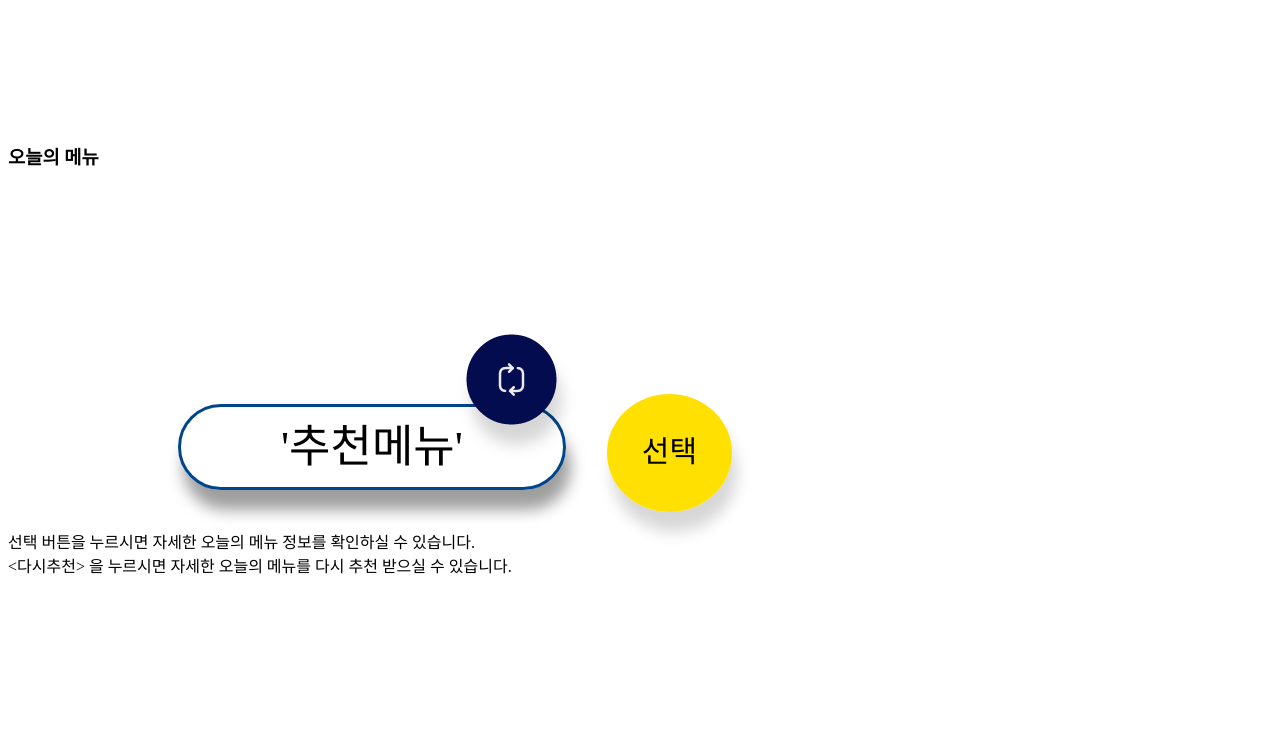
Repository: hkh00700/JustDoEat_Web
Page: http://localhost/justdoeat/WEB-INF/views/home.jsp
The author's editor kept a copy of each file at every save. The page is drawn from the files as they stood at one save, then again after the next save.
The browser window is 1280 px wide. The pictures show the whole page.
The page is served by Tomcat 9. Nobody is signed in. The template is opened directly, without the code that normally fills it, so the values that code supplies are empty.

Above is the page before, as saved 2021-05-18 03:07:44.

After the next save:
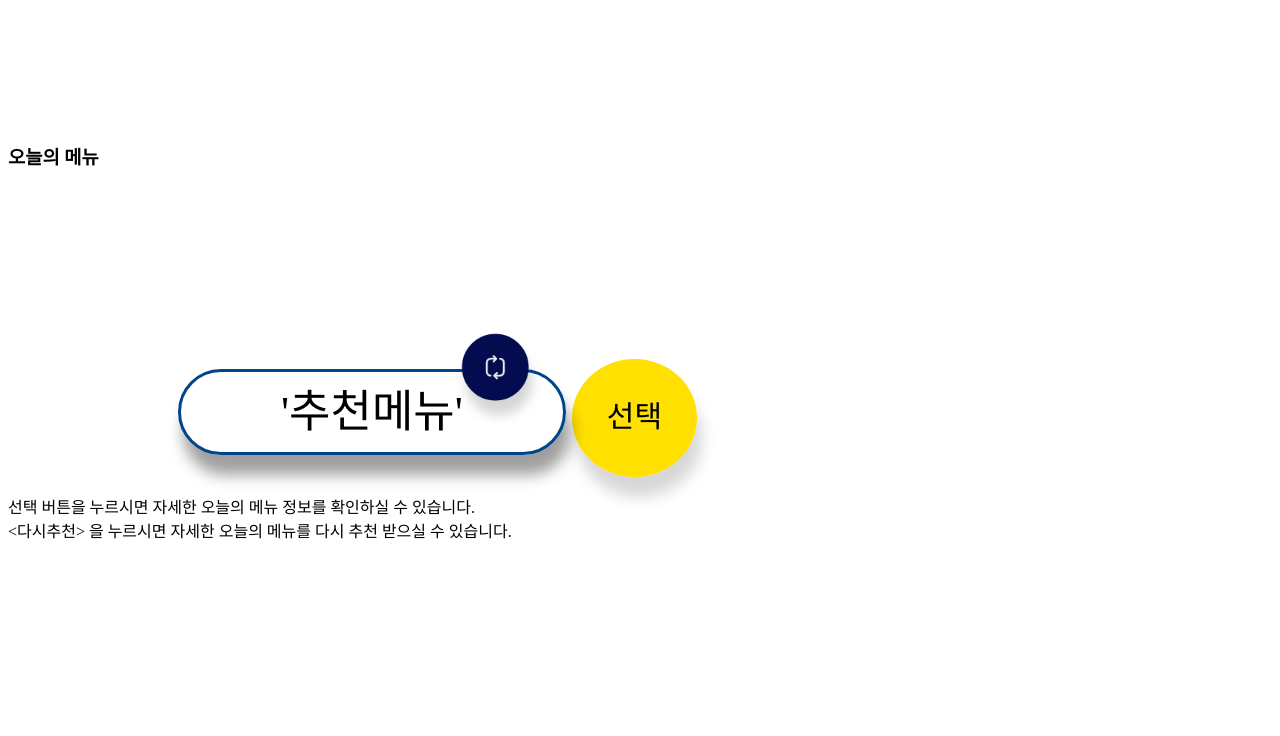
Saved 18 s later.
--- a/justdoeat/src/main/webapp/WEB-INF/views/home.jsp
+++ b/justdoeat/src/main/webapp/WEB-INF/views/home.jsp
@@ -37,7 +37,7 @@
   font-size: 30px;
 }
 .content img{
-size: 80%;
+width:100px;
 position: relative;
 top:5px;
 

After the save that followed:
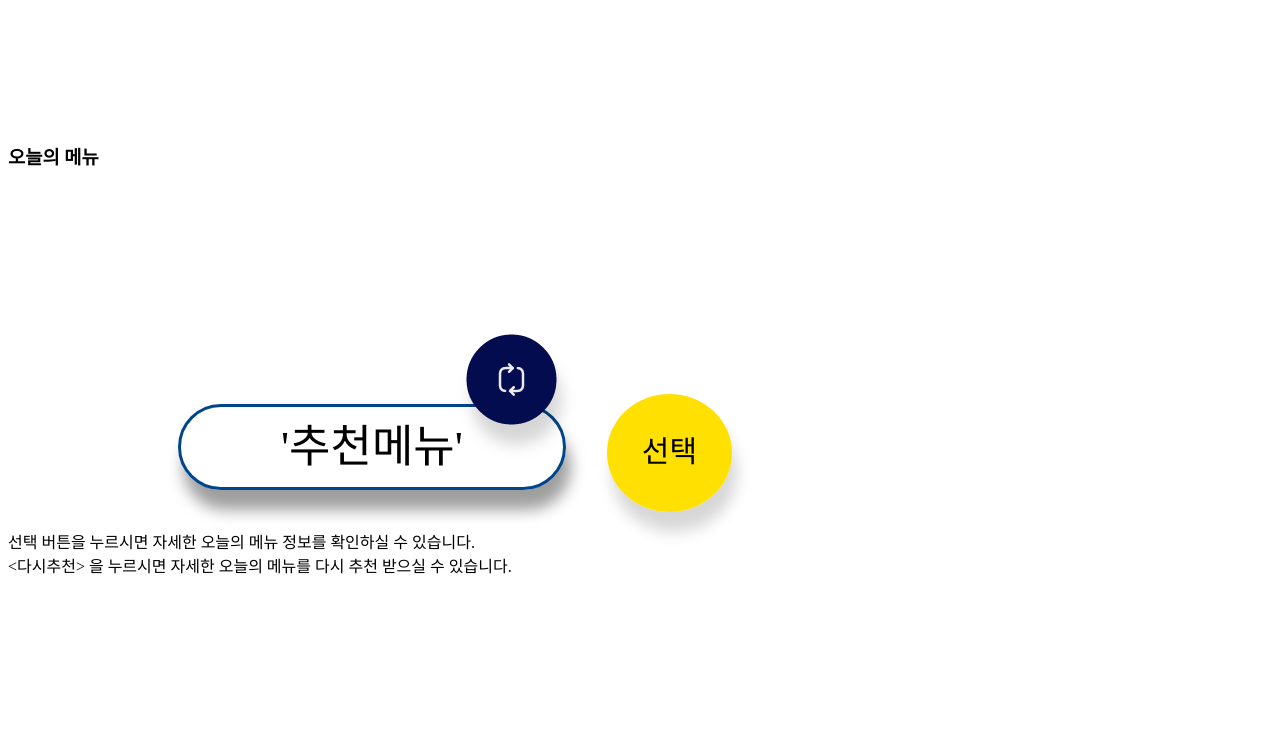
Saved 45 s later.
--- a/justdoeat/src/main/webapp/WEB-INF/views/home.jsp
+++ b/justdoeat/src/main/webapp/WEB-INF/views/home.jsp
@@ -37,7 +37,6 @@
   font-size: 30px;
 }
 .content img{
-width:100px;
 position: relative;
 top:5px;
 
